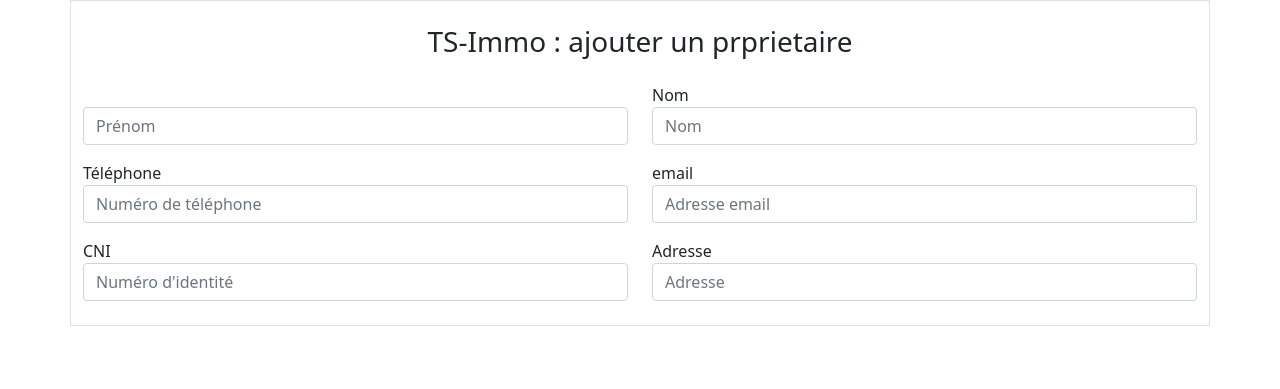
Repository: saliou-t/TS-IMMO
Page: http://localhost/src/views/proprietaire/new.html.php
The author's editor kept a copy of each file at every save. The page is drawn from the files as they stood at one save, then again after a run of saves.
The browser window is 1280 px wide. The pictures show the whole page.
The page is run by PHP 8.4 with error messages shown; the project is at /var/www/html/.

Above is the page before, as saved 2022-04-03 01:12:26.

After the next 2 saves:
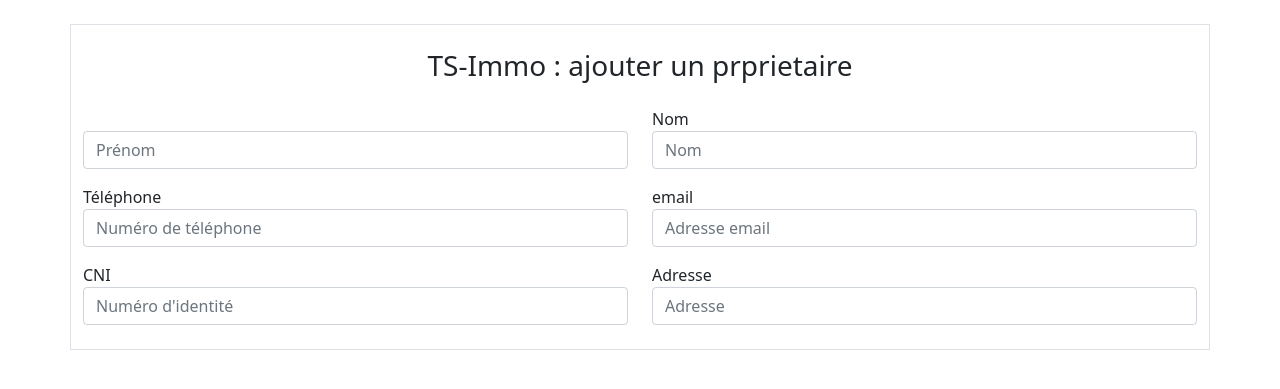
The 2 saves are shown as one change because they came seconds apart.
The last was saved 9 s later.
--- a/src/views/proprietaire/new.html.php
+++ b/src/views/proprietaire/new.html.php
@@ -11,7 +11,7 @@
 <body>
 
 <div class="container jumbotron">
-    <div class="row border py-4">
+    <div class="row border py-4 my-4">
         <h3 class="text-center ">TS-Immo : ajouter un prprietaire</h3>
         <form action="">
             <div class="row my-3">
